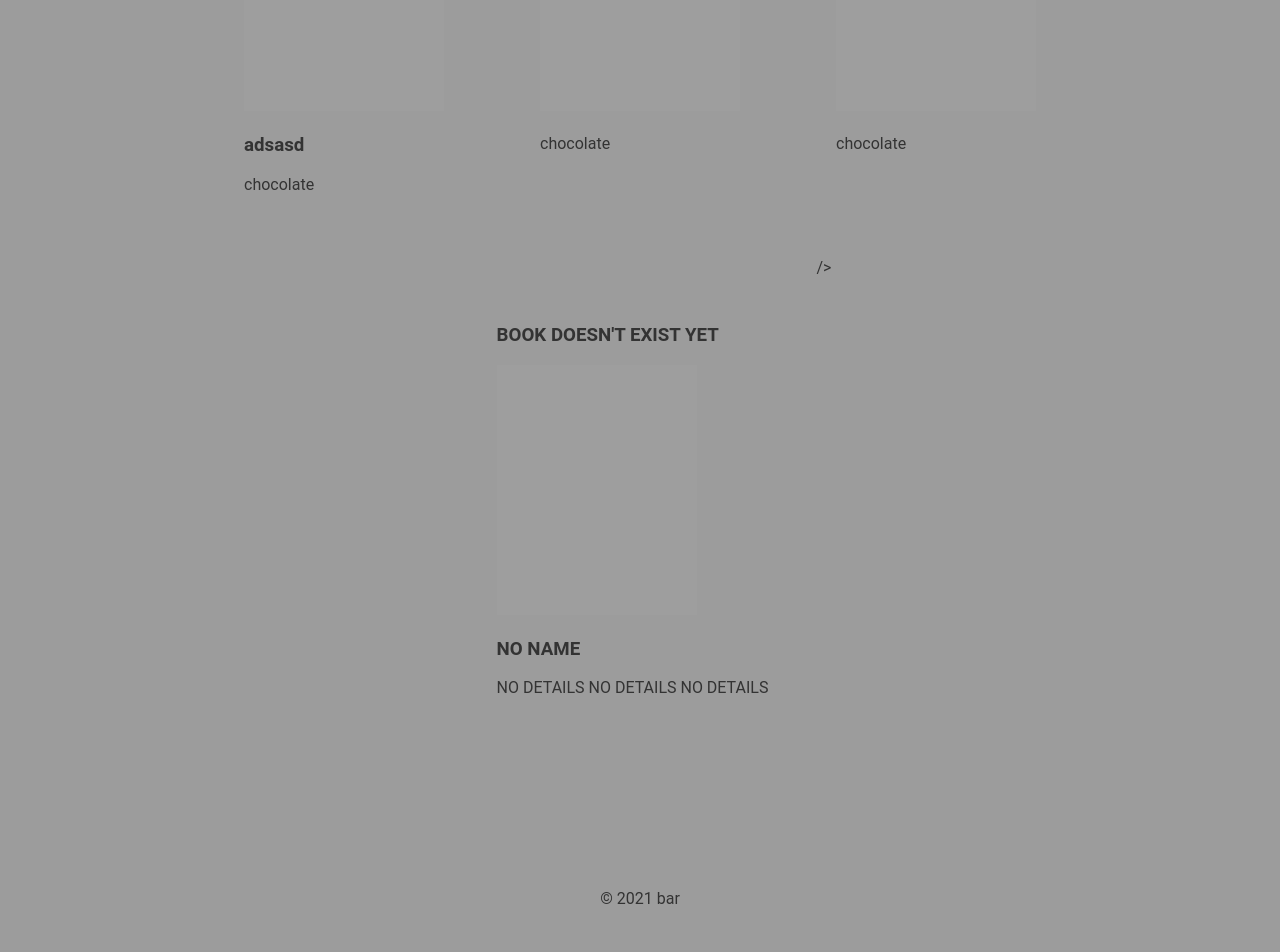
Repository: Axe33ile/React_JS
Page: / (app in book/)
An editor plug-in stored every save of this project. The page is shown before and after the next save, followed by the edit.
The browser window is 1280 px wide. The pictures show the part of the page from y = 351 to 1303 px (the page is 1323 px tall).
Pictures or frames that could not be fetched are drawn as grey boxes. The project was rebuilt for these pictures with package versions that can differ from the ones it lists, and the page was loaded fresh each time.

Above is the page before, as saved 2021-04-24 00:26:35.

### book/public/index.html
<!DOCTYPE html>
<html lang="en">
  <head>
    <meta charset="utf-8" />
    <link rel="icon" href="%PUBLIC_URL%/favicon.ico" />
    <meta name="viewport" content="width=device-width, initial-scale=1" />
    <meta name="theme-color" content="#000000" />
    <meta
      name="description"
      content="Web site created using create-react-app"
    />
    <link rel="apple-touch-icon" href="%PUBLIC_URL%/logo192.png" />
    <!--
      manifest.json provides metadata used when your web app is installed on a
      user's mobile device or desktop. See https://developers.google.com/web/fundamentals/web-app-manifest/
    -->
    <link rel="manifest" href="%PUBLIC_URL%/manifest.json" />
    <!--
      Notice the use of %PUBLIC_URL% in the tags above.
      It will be replaced with the URL of the `public` folder during the build.
      Only files inside the `public` folder can be referenced from the HTML.

      Unlike "/favicon.ico" or "favicon.ico", "%PUBLIC_URL%/favicon.ico" will
      work correctly both with client-side routing and a non-root public URL.
      Learn how to configure a non-root public URL by running `npm run build`.
    -->
    <title>book store</title>
  </head>
  <body>
    <noscript>You need to enable JavaScript to run this app.</noscript>
    <div id="root"></div>
    <!--
      This HTML file is a template.
      If you open it directly in the browser, you will see an empty page.

      You can add webfonts, meta tags, or analytics to this file.
      The build step will place the bundled scripts into the <body> tag.

      To begin the development, run `npm start` or `yarn start`.
      To create a production bundle, use `npm run build` or `yarn build`.
    -->
  </body>
</html>

### book/src/index.js
/****************************
 ** IMPORT LIBRARIES
 ****************************/

import React from "react";
import ReactDOM from "react-dom";

//import our css
import "./index.css";

//import components
import App from "./components/App/App";

/*********************
 * * SHOW COMPONENTS
 ********************/

ReactDOM.render(<App />, document.getElementById("root"));

### book/src/index.css
* {
  box-sizing: border-box;
}

/* postcss-normalize is installed on project creation */
/* see https://create-react-app.dev/docs/adding-css-reset/ */
@import-normalize; /* bring in normalize.css styles */
/* @import 'normalize.css'; */

body {
  margin: 0;
  font-family: "Roboto", sans-serif;
  -webkit-font-smoothing: antialiased;
  -moz-osx-font-smoothing: grayscale;
  background: rgba(87, 87, 87, 0.589);
  color: #333;
}

/****************************************
 * * APP
 *****************************************/

.app {
  min-height: 100vh;
  display: flex;
  flex-direction: column;
  width: min(80%, 1000px);
  margin: 0 auto;
}

.main-heading {
  text-align: center;
}

footer {
  padding: 4em;
  text-align: center;
}

.main {
  flex: 1;
}

.main > p {
  margin-bottom: 2rem;
  text-align: center;
}

.books {
  display: flex;
  flex-wrap: wrap;
  justify-content: center;
  padding: 2rem 0;
  margin:2rem;
}

.book {
  margin: 3rem;
}

.photo {
      height: 250px;
      width: 200px;
 }

### book/src/components/App/App.js
/*****************************************
 * * IMPORT LIBRARIES
 *****************************************/

//react libraries
import React from "react";

//import components
import Header from "../header/Header";
import Main from "../main/Main";
import Footer from "../footer/Footer";

/*****************************************
 * * COMPONENT
 *****************************************/

const App = () => {
  let date = new Date();
  let name = "bar";
  return (
    <div className="app">
      <Header />
      <Main />
      <Footer year={date.getFullYear()} name={name} />
    </div>
  );
};

export default App;

### book/src/components/header/Header.js
/*****************************************
 * * IMPORT LIBRARIES
 *****************************************/

//react library
import React from "react";

/*****************************************
 * * COMPONENT
 *****************************************/

const Header = () => {
  return (
    <div className="main-heading">

    </div>
  );
};

export default Header;

### book/src/components/main/Main.js
/**************************
 * *IMPORT Libraries
 *************************/

import React from "react";

import Book from "../book/Book";

/*************************
 * *IMPORT COMPONENTS
 *************************/

const Main = () => {
  return (
    <article className="main">
      <h3>Welcome to the book Store</h3>
      <div className="books">
        <Book
          details={{
            bookTitle: "Tamar",
            imgSrc: "https://2ality.com/2018/08/impatient-js/cover-epub.jpg",
            alt: "book",
            bookAuthor: "adsasd",
            bookDetails: "chocolate",
          }}
        />

        <Book
          details={{
            bookTitle: "Tamar",
            imgSrc: "http://i.pravatar.cc/200?img=1",
            alt: "book",
            bookDetails: "chocolate",
          }}
        />

        <Book
          details={{
            bookTitle: "Tamar",
            imgSrc: "http://i.pravatar.cc/200?img=1",
            alt: "book",
            bookDetails: "chocolate",
          }}
        />

        <Book/>
          />
      </div>
    </article>
  );
};

export default Main;

### book/src/components/footer/Footer.js
/*********************
 * Import libraries
 ********************/

import React from "react";

/****************
 * *das
 ****************/

const Footer = (props) => {
  return (
    <footer className="footer">
      &copy; {props.year} {props.name}
    </footer>
  );
};

export default Footer;

### book/src/components/book/Book.js
/*********************
 * import libraries
 **********************/

import React from "react";

/*********************
 * *Components
 *********************/

let Book = (props) => {
  const details = props.details;
  return (
    <div className="book">
      <h3>{details.bookTitle}</h3>
      <img className="photo" src={details.imgSrc} alt={props.details.alt} />
      <h3>{details.bookAuthor}</h3>
      <p>{details.bookDetails}</p>
      <p style={{ display: details.email ? "block" : "none" }}>
        Email: {details.email}
      </p>
    </div>
  );
};

// in case some field is not sent to props,
// it will take the value from defaultProps
Book.defaultProps = {
  details: {
    bookTitle: "BOOK DOESN'T EXIST YET",
    imgSrc:
      "https://thebookwithnopictures.com/wp-content/uploads/2014/08/BookWithNoPictures_3D-300x423.png",
    alt: "book",
    bookAuthor: "NO NAME",
    bookDetails: "NO DETAILS  NO DETAILS  NO DETAILS",
  },
};

export default Book;

After the next save:
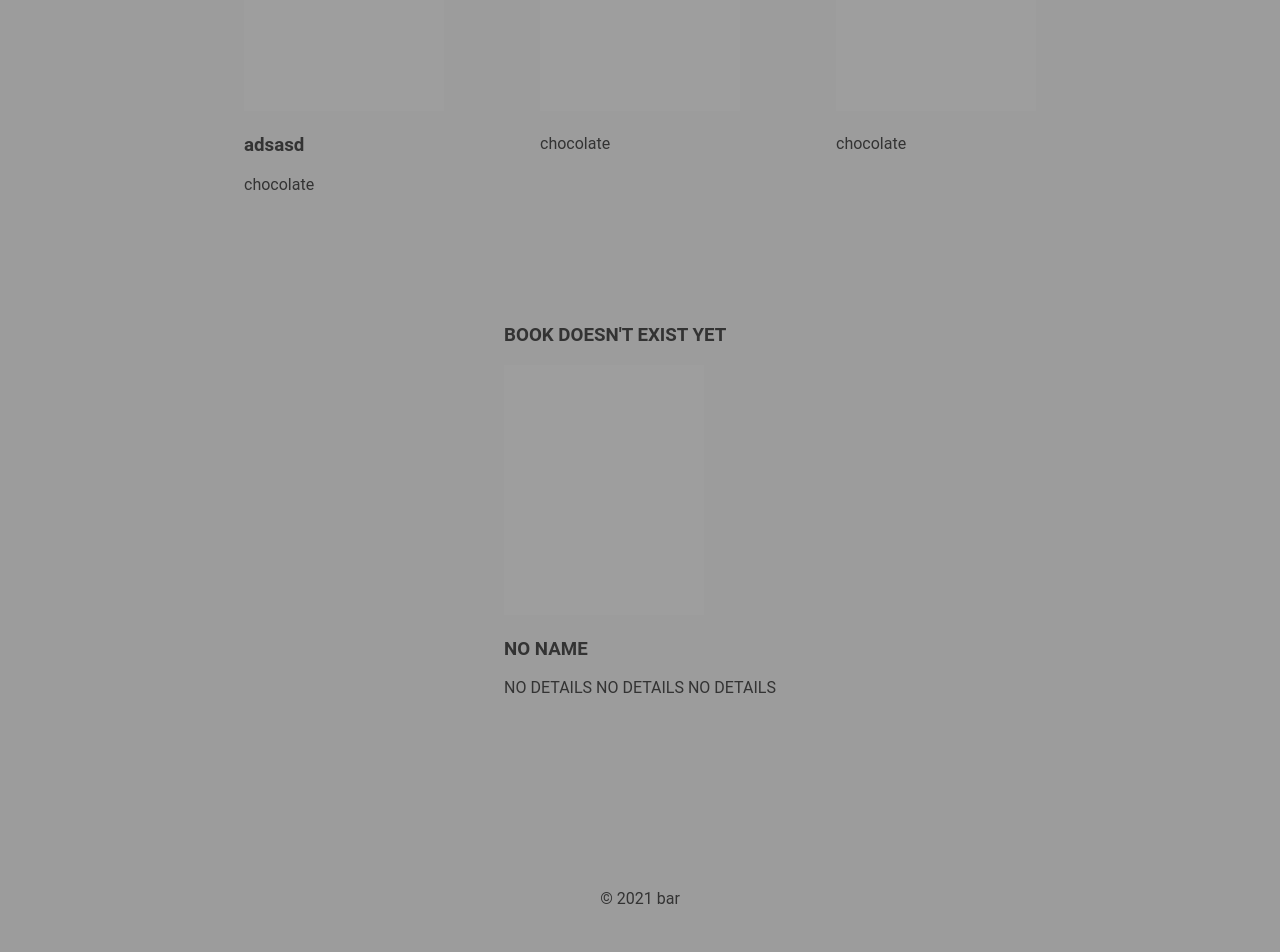
Saved 4 s later.
--- a/book/src/components/main/Main.js
+++ b/book/src/components/main/Main.js
@@ -44,7 +44,6 @@ const Main = () => {
         />
 
         <Book/>
-          />
       </div>
     </article>
   );
